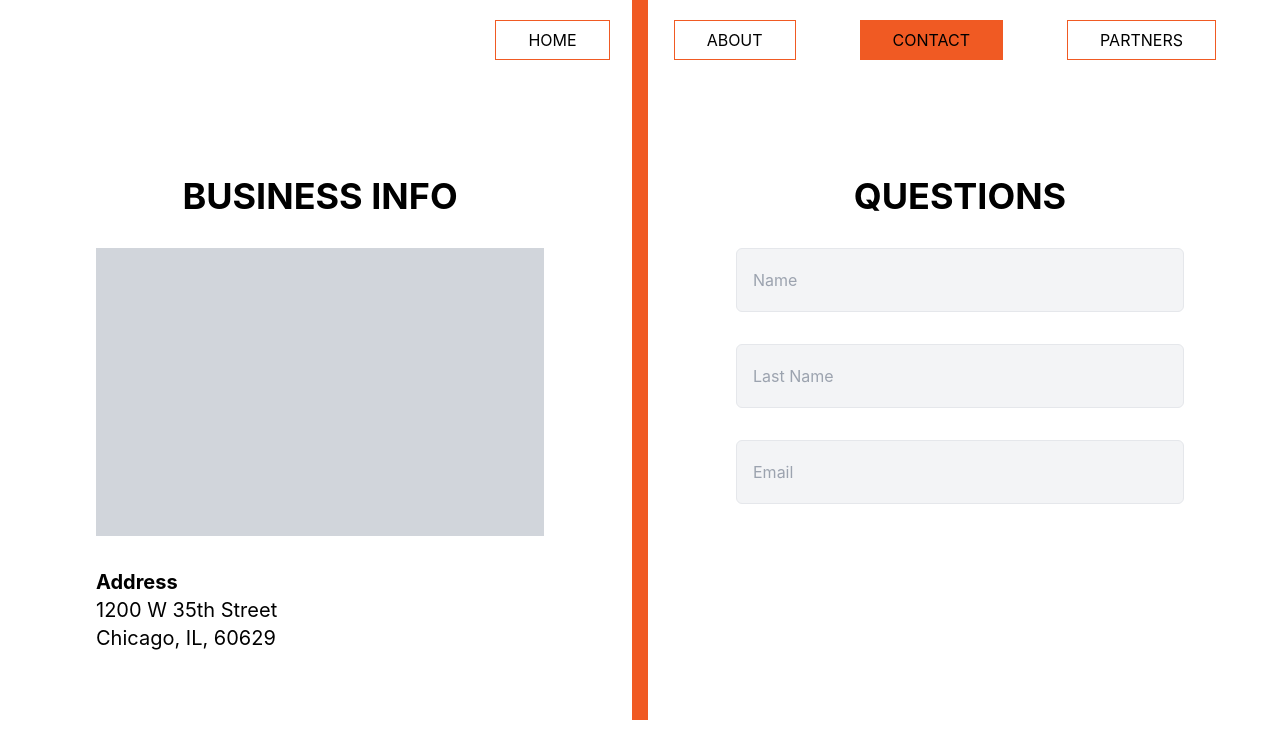
Repository: legenddev1202/whyclicktv
Page: /contact
An editor plug-in stored every save of this project. The page is shown before and after the next save, followed by the edit.
The browser window is 1280 px wide. The pictures show the whole page.
The project was rebuilt for these pictures with package versions that can differ from the ones it lists, and the page was loaded fresh each time. Also part of the build but not shown: src/pages/home.js, src/pages/about.js, src/App.css.

Above is the page before, as saved 2022-03-31 09:53:01.

### src/index.css
@tailwind base;
@tailwind components;
@tailwind utilities;

body {
  margin: 0;
  font-family: -apple-system, BlinkMacSystemFont, "Segoe UI", "Roboto", "Oxygen",
    "Ubuntu", "Cantarell", "Fira Sans", "Droid Sans", "Helvetica Neue",
    sans-serif;
  -webkit-font-smoothing: antialiased;
  -moz-osx-font-smoothing: grayscale;
  height: 100%;
  min-height: 500px;
}

code {
  font-family: source-code-pro, Menlo, Monaco, Consolas, "Courier New",
    monospace;
}

### src/App.js
import { Routes, Route, Link } from "react-router-dom";
import Home from "./pages/home";
import About from "./pages/about";
import "./App.css";
import Contact from "./pages/contact";

function App() {
  return (
    <Routes>
      <Route path="/" element={<Home />} />
      <Route path="about" element={<About />} />
      <Route path="contact" element={<Contact />} />
    </Routes>
  );
}

export default App;

### src/pages/contact.js
import React from "react";
import { Routes, Route, Link } from "react-router-dom";

function Contact() {
  return (
    <div className="relative h-full w-full" style={{ height: "100vh" }}>
      <div className="bg-transparent w-full h-20 flex items-center px-8 justify-between z-20 absolute">
        <div></div>
        <div className="bg-transparent">
          <button
            className="h-10 px-8 mx-8 border"
            style={{ borderColor: "#F05A23", backgroundColor: "white" }}
          >
            <Link to="/">HOME</Link>
          </button>
          <button
            className="h-10 px-8 mx-8 border"
            style={{ borderColor: "#F05A23", backgroundColor: "white" }}
          >
            <Link to="/about">ABOUT</Link>
          </button>
          <button
            className="h-10 px-8 mx-8 border"
            style={{ borderColor: "#F05A23", backgroundColor: "#F05A23" }}
          >
            <Link to="/contact">CONTACT</Link>
          </button>
          <button
            className="h-10 px-8 mx-8 border"
            style={{ borderColor: "#F05A23" }}
          >
            <Link to="/contact">PARTNERS</Link>
          </button>
        </div>
      </div>
      <div
        className="absolute w-4 h-full left-0 right-0 mx-auto z-10"
        style={{ backgroundColor: "#F05A23", height: "100vh" }}
      ></div>
      <div className="w-full mt-20 absolute p-12 flex">
        <div className="w-1/2 p-12 pr-24 flex flex-col items-center">
          <div className="text-4xl font-bold">BUSINESS INFO</div>
          <div className="w-full h-72 bg-gray-300 mt-8"></div>
          <div className="mt-8 self-start">
            <div className="text-xl font-bold">Address</div>
            <div className="text-xl">1200 W 35th Street </div>
            <div className="text-xl">Chicago, IL, 60629 </div>
          </div>
        </div>
        <div className="w-1/2 p-12 pl-24 flex flex-col items-center">
          <div className="text-4xl font-bold">QUESTIONS</div>
          <div className="w-full mt-8">
            <input
              className="w-full rounded-md h-16 border px-4 bg-gray-100"
              placeholder="Name"
            ></input>
            <div className="w-full mt-8">
              <input
                className="w-full rounded-md h-16 border px-4 bg-gray-100"
                placeholder="Last Name"
              ></input>
            </div>
            <div className="w-full mt-8">
              <input
                className="w-full rounded-md h-16 border px-4 bg-gray-100"
                placeholder="Email"
              ></input>
            </div>
          </div>
        </div>
      </div>
    </div>
  );
}

export default Contact;

Loaded but not shown: public/index.html (common file); src/index.js (common file); src/reportWebVitals.js (common file); tailwind.config.js (common file)

After the next save:
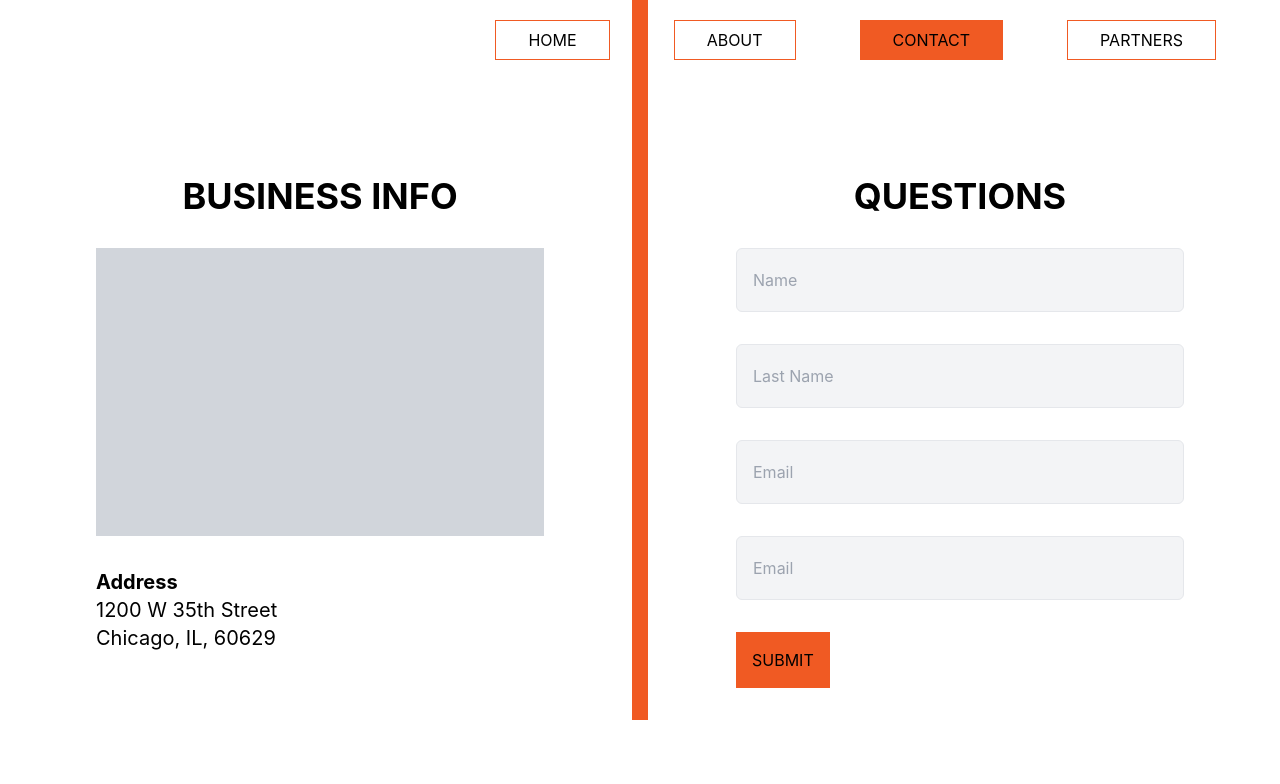
Saved 2 min 39 s later.
--- a/src/pages/contact.js
+++ b/src/pages/contact.js
@@ -66,6 +66,17 @@
                 placeholder="Email"
               ></input>
             </div>
+            <div className="w-full mt-8">
+              <input
+                className="w-full rounded-md h-16 border px-4 bg-gray-100"
+                placeholder="Email"
+              ></input>
+            </div>
+          </div>
+          <div className="self-start mt-8">
+            <button className="p-4" style={{ backgroundColor: "#F05A23" }}>
+              SUBMIT
+            </button>
           </div>
         </div>
       </div>
